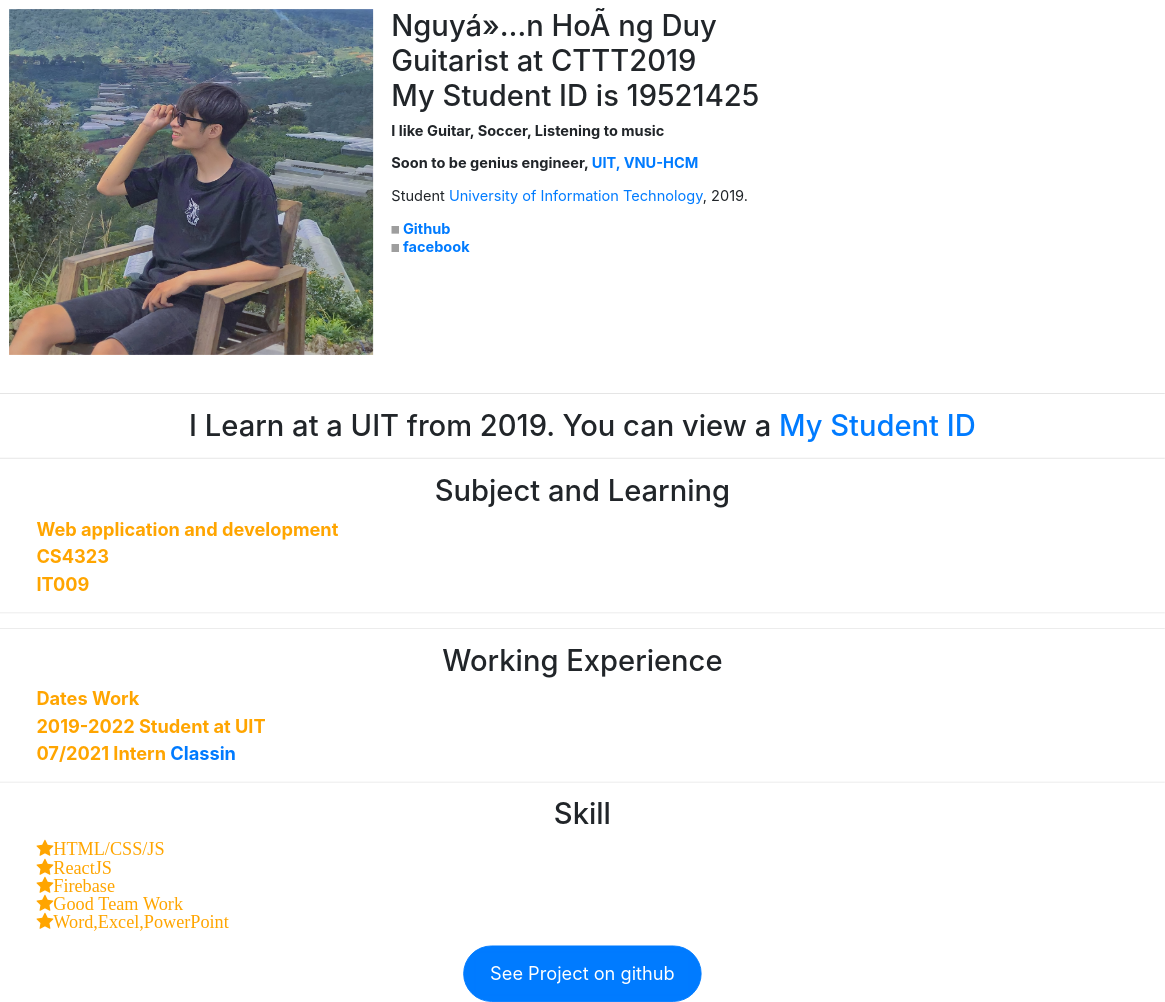
Repository: HoangDuy315/HW_TVK
Page: cv.html
The author's editor kept a copy of each file at every save. The page is drawn from the files as they stood at one save, then again after the next save.
The browser window is 1280 px wide. The pictures show the whole page, at 91% of full size.
Pictures or frames that could not be fetched are drawn as grey boxes.

Above is the page before, as saved 2022-09-25 17:23:55.

After the next save:
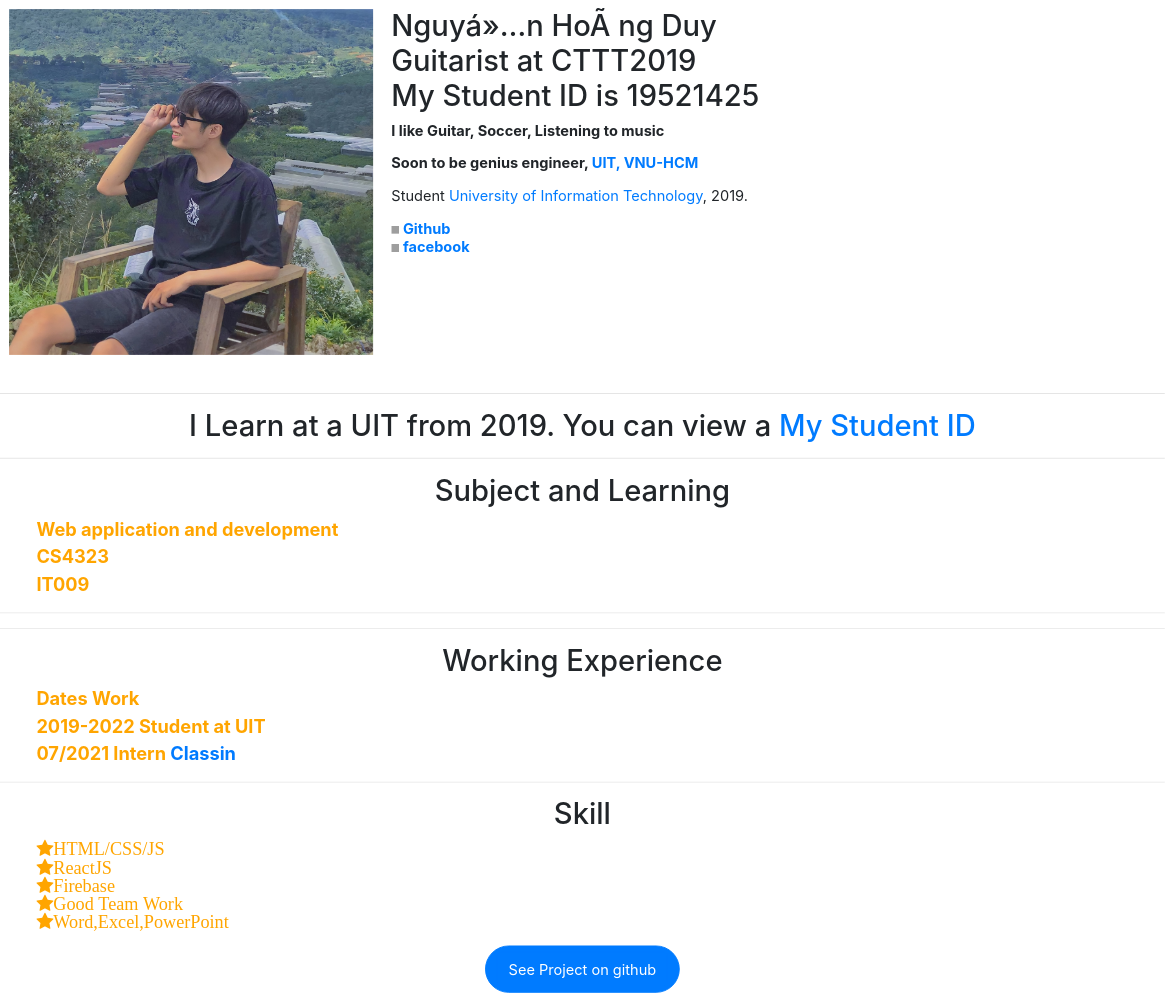
Saved 19 s later.
--- a/cv.html
+++ b/cv.html
@@ -89,7 +89,7 @@
         </ul>
 
         <div class="text-center">
-            <button type="button" class="btn btn-primary rounded-pill"><a class="btn btn-primary btn-lg  align-self-center mx-auto" href="https://github.com/HoangDuy315">See Project on github</a></button>
+            <button type="button" class="btn btn-primary rounded-pill"><a class="btn btn-primary   " href="https://github.com/HoangDuy315">See Project on github</a></button>
         </div>
     </hr>
 
